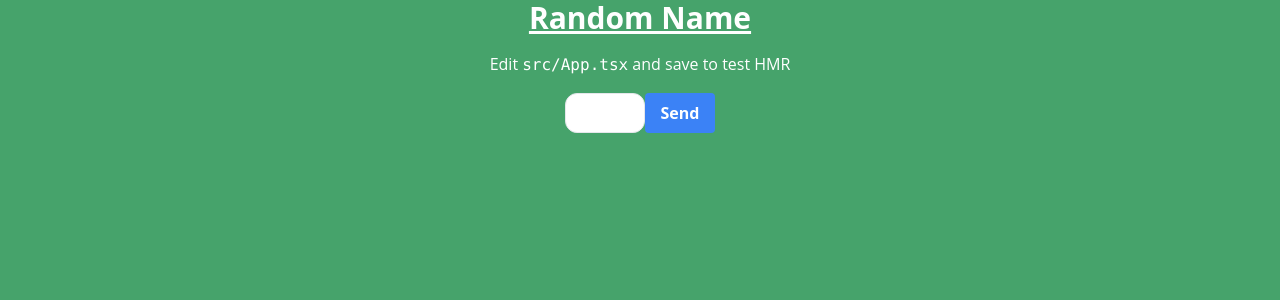
Repository: prodavetc/randomname
Page: /
These files come from the project's save history. The page is drawn as it stood at one moment and after the next save; the edit follows.
The browser window is 1280 px wide. The pictures show the whole page.
The project was rebuilt for these pictures with package versions that can differ from the ones it lists, and the page was loaded fresh each time. Also part of the build but not shown: vite.config.ts.

Above is the page before, as saved 2024-03-26 10:29:00.

### src/main.tsx
import React from 'react'
import ReactDOM from 'react-dom/client'
import App from './App.tsx'
import RandomName from './components/RandomName.tsx' // Import the 'RandomName' component
import './index.css'

ReactDOM.createRoot(document.getElementById('root')!).render(
  <React.StrictMode>
    <RandomName /> {/* Add the 'RandomName' component */}
    {/* <App /> */}
  </React.StrictMode>,
)

### src/components/RandomName.tsx
import { useState } from 'react';


const RandomName = () => {
  const [list, setList] = useState('')


  const onPressHandler = (event: React.FormEvent<HTMLFormElement>) => {
    event.preventDefault();
    const value = (event.target as HTMLFormElement).list.value;
    console.log('value: ', value);

    setList(value);
    console.log('lists: ', list);

    if(list){


      let myArray = list.split(", ");
      const randomIndex = myArray[Math.floor(Math.random() * myArray.length)];

      console.log('randomIndex', randomIndex);

    }
  }
  return (
    <>

      <h1 className="text-3xl font-bold underline text-center fade-in">Random Name</h1>
      <div className="card text-center">
       {list}
        <p>
          Edit <code>src/App.tsx</code> and save to test HMR
        </p>
      </div>
      <div className="text-center">
        <form onSubmit={onPressHandler}>
          <input name='list' className="w-20 border rounded-xl text-gray-800 focus:outline-none focus:border-indigo-300 pl-4 h-10" />
          <button className="bg-blue-500 hover:bg-blue-700 text-white font-bold py-2 px-4 rounded"
          >Send</button>
        </form>
      </div>
    </>
  )
}
export default RandomName

### src/index.css
@tailwind base;
@tailwind components;
@tailwind utilities;

html, body {
  background-color: #46a36b;
  color: white;
  font-family: 'Open Sans', sans-serif;

}


h1 {
  @apply text-3xl font-bold mb-4;
}

p {
  @apply mb-4;
}

ul {
  @apply list-disc list-inside;
}

strong {
  @apply font-bold text-indigo-400;
}

em {
  @apply italic text-pink-500;
}


.btn-primary {
  @apply bg-indigo-500 text-white font-bold py-2 px-4 rounded-xl hover:bg-indigo-700 transition-all duration-200 ease-in-out;
}

.btn-primary:disabled {
  @apply bg-indigo-500 text-white font-bold py-2 px-4 rounded-xl opacity-50 cursor-not-allowed;
}

.chat-container {
  @apply flex flex-col flex-auto flex-shrink-0 rounded-2xl bg-white bg-opacity-5 h-full p-4;
}

.chat-messages {
  @apply flex flex-col h-full overflow-x-auto mb-4 overflow-scroll;
}


/* Animations */

.fade-in { animation: fadeIn .3s; }

@keyframes fadeIn {
  0% { opacity: 0; }
  100% { opacity: 1; }
}

Loaded but not shown: index.html (common file); tailwind.config.js (common file)

After the next save:
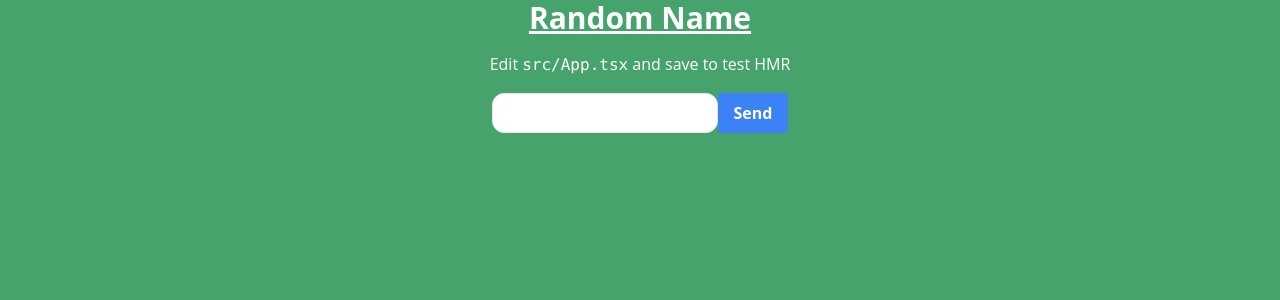
Saved 7 s later.
--- a/src/components/RandomName.tsx
+++ b/src/components/RandomName.tsx
@@ -35,7 +35,7 @@ const RandomName = () => {
       </div>
       <div className="text-center">
         <form onSubmit={onPressHandler}>
-          <input name='list' className="w-20 border rounded-xl text-gray-800 focus:outline-none focus:border-indigo-300 pl-4 h-10" />
+          <input name='list' className="w-200 border rounded-xl text-gray-800 focus:outline-none focus:border-indigo-300 pl-4 h-10" />
           <button className="bg-blue-500 hover:bg-blue-700 text-white font-bold py-2 px-4 rounded"
           >Send</button>
         </form>
